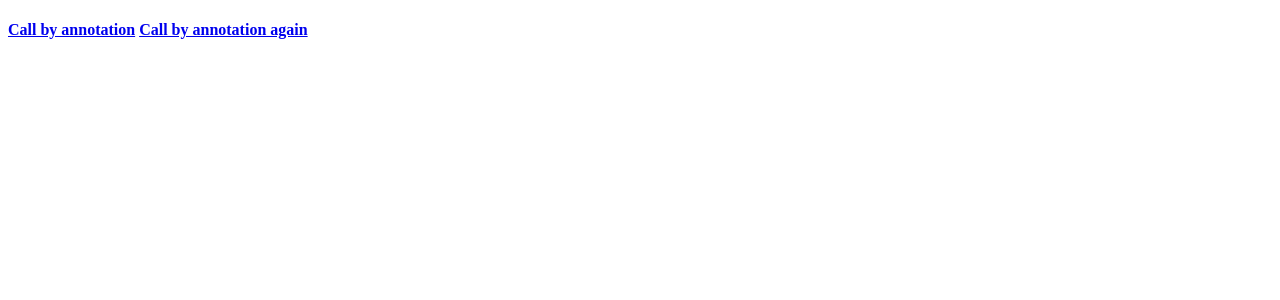
Repository: luvsharma3226/Projects
Page: SpringBoot/javaee/lab1.1/src/main/webapp/index.html
An editor plug-in stored every save of this project. The page is shown before and after the next save, followed by the edit.
The browser window is 1280 px wide. The pictures show the whole page.

Above is the page before, as saved 2022-03-30 06:18:22.

After the next save:
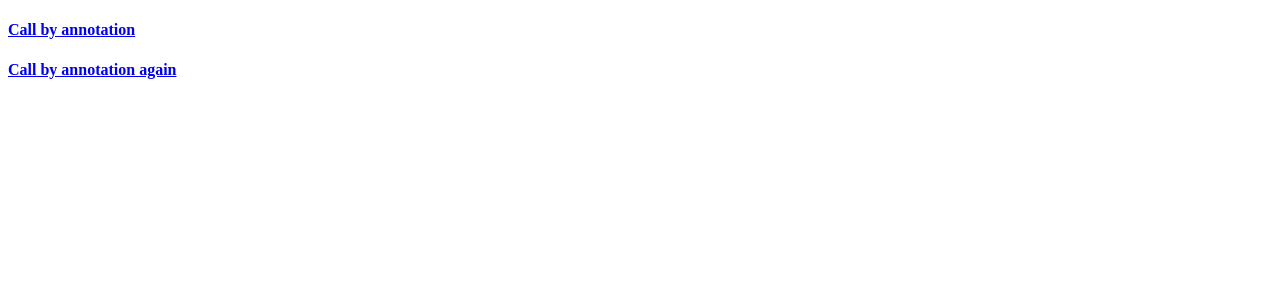
Saved 65 s later.
--- a/SpringBoot/javaee/lab1.1/src/main/webapp/index.html
+++ b/SpringBoot/javaee/lab1.1/src/main/webapp/index.html
@@ -7,7 +7,10 @@
 <body>
 		<h4>
 			<a href="test">Call by annotation</a>
-			<a href="test2">Call by annotation again</a>
+		</h4>
+
+		<h4>
+		<a href="test2">Call by annotation again</a>
 		</h4>
 </body>
 </html>
